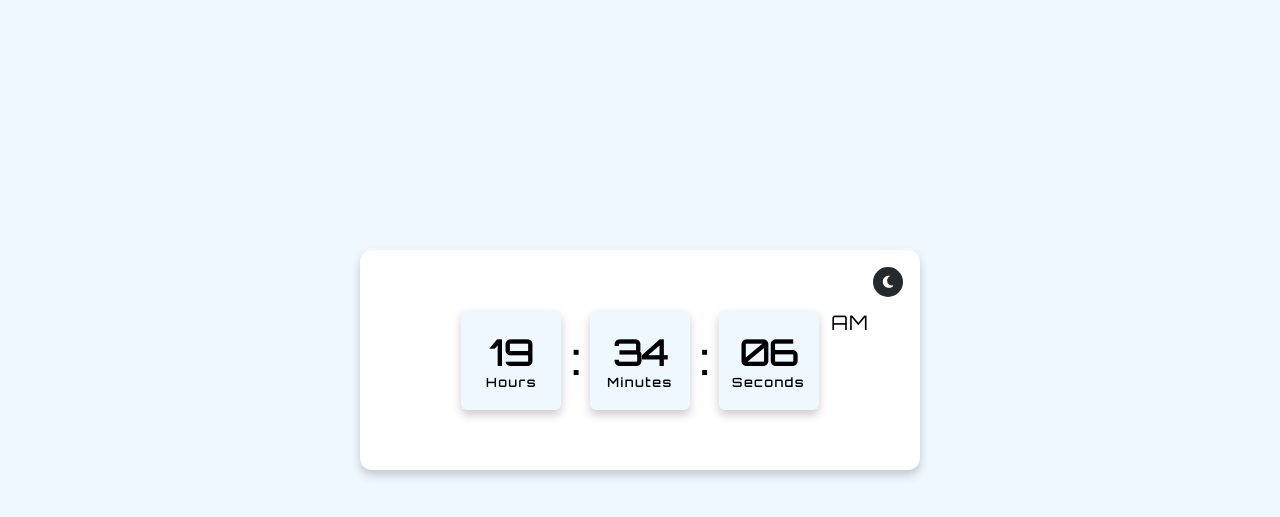
Repository: HueVu99/ComPonents
Page: Dynamic Digital Clock/index.html
An editor plug-in stored every save of this project. The page is shown before and after the next save, followed by the edit.
The browser window is 1280 px wide. The pictures show the whole page.
Some web libraries are served in a nearby version.

Above is the page before, as saved 2022-07-08 20:03:46.

After the next save:
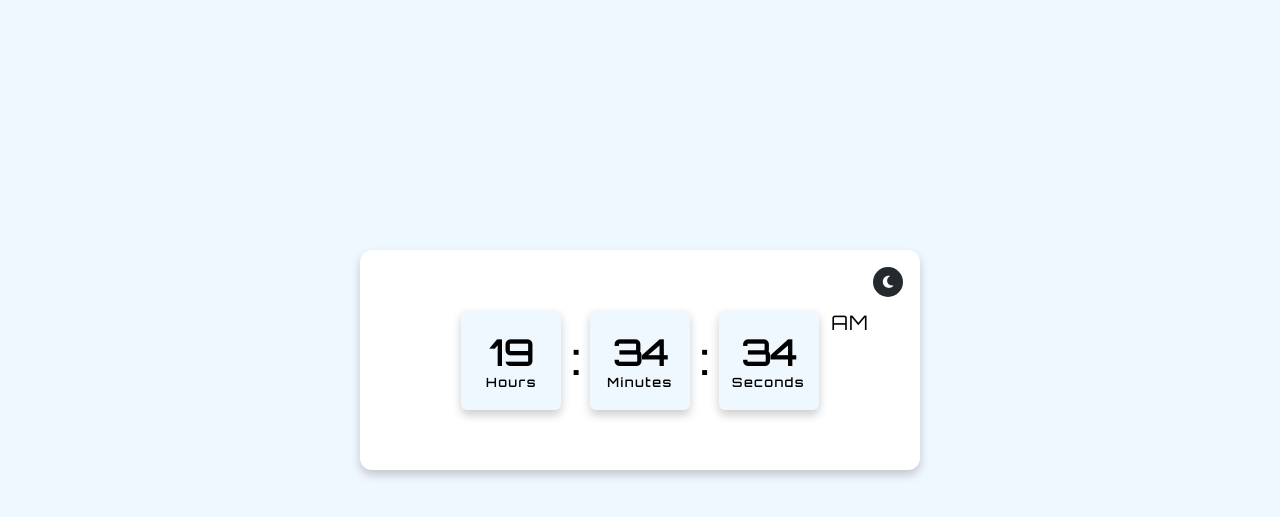
Saved 7 s later.
--- a/Dynamic Digital Clock/main.js
+++ b/Dynamic Digital Clock/main.js
@@ -13,5 +13,5 @@ setInterval(()=>{
    console.log("~ hour", sec)
    document.querySelector(".hour_num").innerText = hour;
    document.querySelector(".min_num").innerText = min;
-   document.querySelector(".min_num").innerText = min;
+   document.querySelector(".sec_num").innerText = min;
 },1000)
